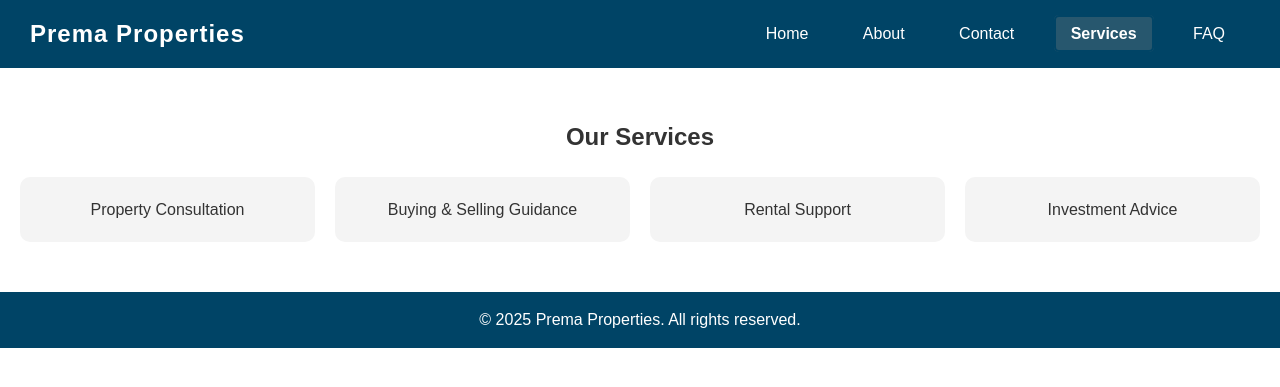
Repository: mnqobiMenzi/Prema-Properties
Page: services.html
The author's editor kept a copy of each file at every save. The page is drawn from the files as they stood at one save, then again after the next save.
The browser window is 1280 px wide. The pictures show the whole page.

Above is the page before, as saved 2025-10-04 08:53:56.

After the next save:
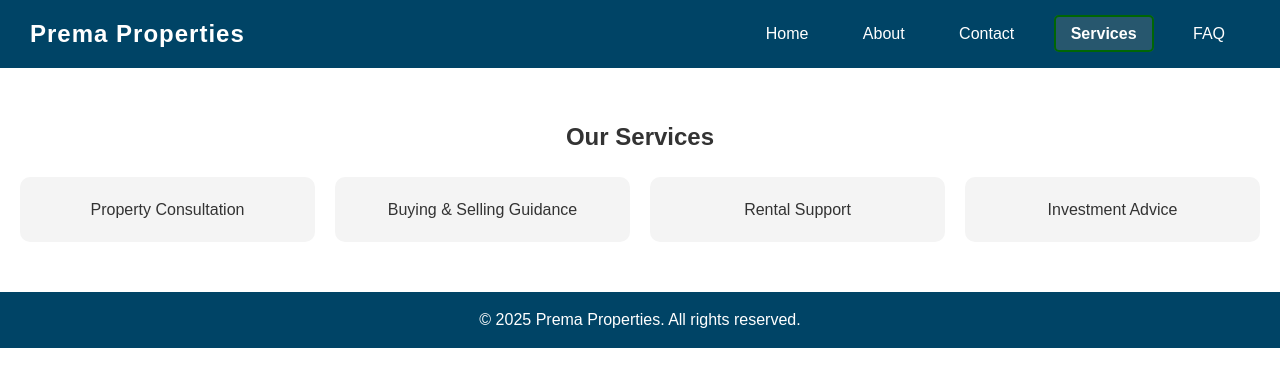
Saved 9 s later.
--- a/CSS/style.css
+++ b/CSS/style.css
@@ -52,7 +52,7 @@ header nav a:hover {
 header nav a.active {
   background: rgba(128, 128, 128, 0.3);
   font-weight: bold;
-  border: 2px solid #004466;
+  border: 2px solid #006605;
 }
 /* Hero */
 .hero {
